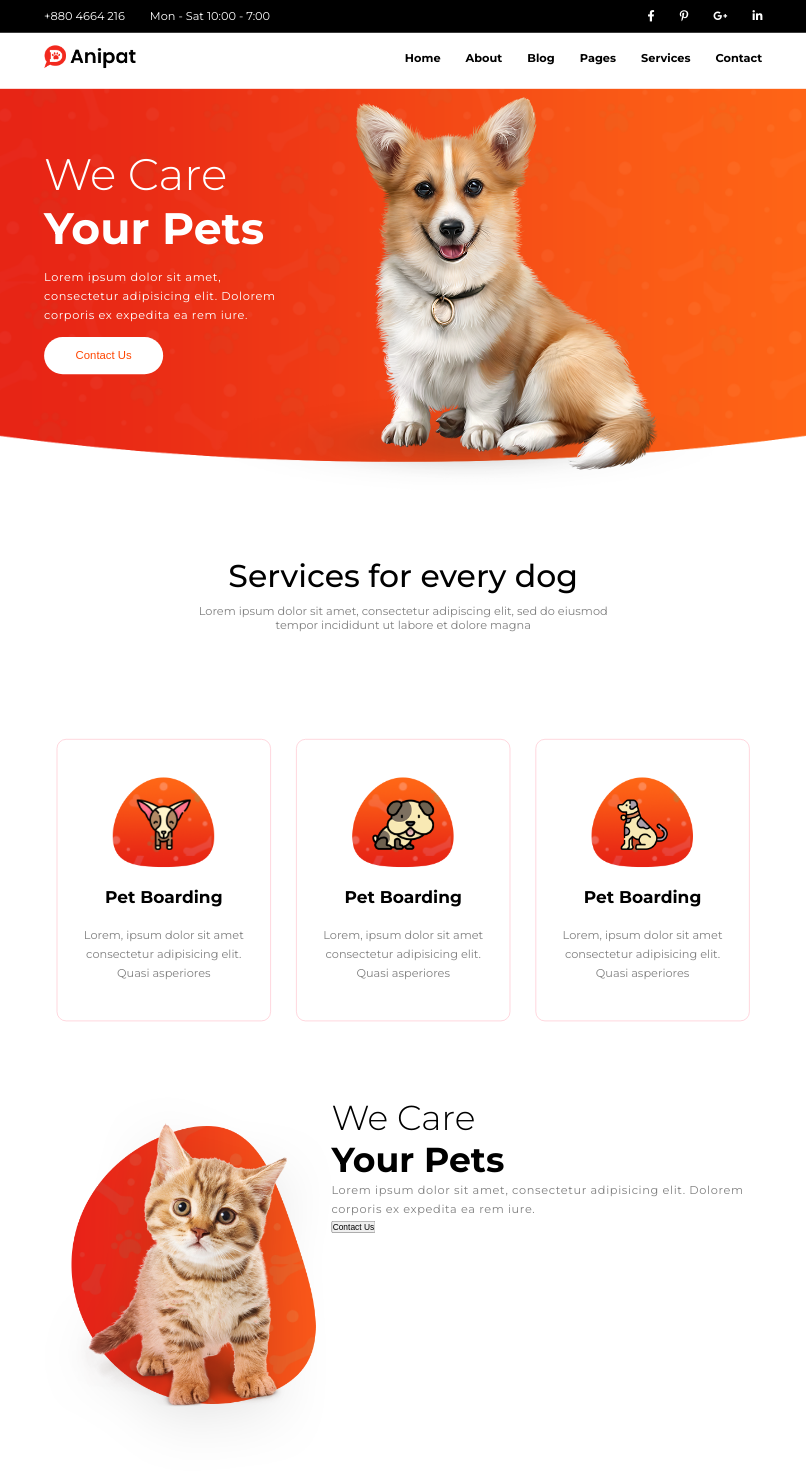
Repository: giahuy405/Day_2_Anipat
Page: index.html
The author's editor kept a copy of each file at every save. The page is drawn from the files as they stood at one save, then again after the next save.
The browser window is 1280 px wide. The pictures show the whole page, at 63% of full size.

Above is the page before, as saved 2022-09-08 23:34:15.

### index.html
<!DOCTYPE html>
<html lang="en">
<head>
    <meta charset="UTF-8">
    <meta http-equiv="X-UA-Compatible" content="IE=edge">
    <meta name="viewport" content="width=device-width, initial-scale=1.0">
    <title>Anipat</title>
    <link rel="stylesheet" href="https://cdnjs.cloudflare.com/ajax/libs/font-awesome/6.2.0/css/all.min.css">
    <link href="https://fonts.googleapis.com/css2?family=Montserrat:wght@300;400;500;700&display=swap" rel="stylesheet">
    <link rel="stylesheet" href="./css/index.css">
</head>
<body>
    <header>
        <div class="header-top">
            <div class="container">
                <div class="header__contact">
                    <a href="#">+880 4664 216 </a>
                    <span>Mon - Sat 10:00 - 7:00</span>
                </div>
                <div class="header__social">
                    <ul>
                        <li><a href="#"><i class="fa-brands fa-facebook-f"></i></a></li>
                        <li><a href="#"><i class="fa-brands fa-pinterest-p"></i></a></li>
                        <li><a href="#"><i class="fa-brands fa-google-plus-g"></i></a></li>
                        <li><a href="#"><i class="fa-brands fa-linkedin-in"></i></a></li>
                    </ul>
                </div>
                <div class="clear"></div>
            </div>
        </div>
        <div class="header-bottom container">
            <img src="./img/logo.png" alt="Logo">
            <ul>
                <li><a href="#">Home</a></li>
                <li><a href="#">About</a></li>
                <li><a href="#">Blog</a></li>
                <li><a href="#">Pages</a></li>
                <li><a href="#">Services</a></li>
                <li><a href="#">Contact</a></li>
            </ul>
            <div class="clear"></div>
        </div>

    </header>
    <div class="carousel">
        <div class="container">
            <div class="carousel__content">
                <h1>We Care</h1>
                <h2>Your Pets</h2>
                <p>Lorem ipsum dolor sit amet, consectetur adipisicing elit. Dolorem corporis ex expedita ea rem iure.</p>
                <button>Contact Us</button>
            </div>
            <div class="carousel__dog">
                <img src="./img/dog.png" alt="Dog">
            </div>
            <div class="clear"></div>
        </div>
    </div>
    <div class="service">
        <div class="service-top">
            <h1>Services for every dog</h1>
            <p>Lorem ipsum dolor sit amet, consectetur adipiscing elit, sed do eiusmod tempor incididunt ut labore et dolore magna</p>
        </div>
        <div class="service-bottom container">
            <div class="service-card">
                <div class="service__item">
                    <div class="service__background">
                        <img src="./img/service_icon_1.png" alt="">
                    </div>
                    <h2>Pet Boarding</h2>
                    <p>Lorem, ipsum dolor sit amet consectetur adipisicing elit. Quasi asperiores</p>
                </div>
            </div>
            <div class="service-card">
                <div class="service__item">
                    <div class="service__background">
                        <img src="./img/service_icon_2.png" alt="">
                    </div>
                    <h2>Pet Boarding</h2>
                    <p>Lorem, ipsum dolor sit amet consectetur adipisicing elit. Quasi asperiores</p>
                </div>
            </div>
            <div class="service-card">
                <div class="service__item">
                    <div class="service__background">
                        <img src="./img/service_icon_3.png" alt="">
                    </div>
                    <h2>Pet Boarding</h2>
                    <p>Lorem, ipsum dolor sit amet consectetur adipisicing elit. Quasi asperiores</p>
                </div>
            </div>
            <div class="clear"></div>
        </div>
    </div>
    <div class="netcare container">
        <div class="netcare__cat">
            <img src="./img/pet_care.png" alt="pet care">
        </div>
        <div class="netcare__content">
                <h1>We Care</h1>
                <h2>Your Pets</h2>
                <p>Lorem ipsum dolor sit amet, consectetur adipisicing elit. Dolorem corporis ex expedita ea rem iure.</p>
                <button>Contact Us</button>
        </div>
        <div class="clear"></div>
    </div>
</body>
</html>

### css/index.css
*{
    padding: 0;
    margin: 0;
    box-sizing: border-box;
}
.clear{
    clear: both;
}
html{
    font-size: 18px;
    font-family: 'Montserrat', sans-serif;
}
.container{
    width: 1140px;
    margin: 0 auto;
}
.header__contact{
    float: left;
}
.header__social{
    float: right;
}
.header-top{
    background-color: black;
    padding: 15px;
}
.header__contact a{
     color: white;
     text-decoration: none;
     transition: all 0.2s;
}
.header__contact a:hover{
    color: red;
}
.header__contact span{
    color: white;
    margin-left: 35px;
}
.header__social ul,.header-bottom ul{
    list-style: none;
}
.header__social li,.header-bottom li{
    display: inline;
    margin-left: 35px;
}
.header__social i{
    color: white;
    transition: all 0.2s;
}
.header__social i:hover{
    color: red;
}
.header-bottom ul{
    float: right;
}
.header-bottom a{
    text-decoration: none;
    font-weight: bold;
    color: black;
    transition: all 0.2;
    line-height: 40px;
}
.header-bottom a:hover{
    color: red;
}
.header-bottom{
    padding: 20px 0;
}
.carousel{
    background-image: url(../img/banner.png);
    background-position: center bottom;
    background-repeat: no-repeat;
    background-size: 100%;
    height: 600px;
    position: relative;
    margin-bottom: 150px;
}
.carousel__content{
    float: left;
    width: 33%;
    padding-top: 100px;
}
.carousel__dog{
    float: left;
    width: 67%;
    position: absolute;
    top: -10px;
    left: 315px;
    padding: 30px;
}
.carousel__content h1{
    color: white;
    font-size: 70px;
    font-weight: 300;
}
.carousel__content h2{
    color: white;
    font-size: 70px;
    font-weight: 700;
}
.carousel__content p{
    color: white;
    line-height: 30px;
    letter-spacing: 1px;
    margin: 20px 0;
}
.carousel__content button{
    padding: 19px 50px;
    border-radius: 30px;
    border: none;
    font-size: 18px;
    background-color: white;
    color: orangered;
    cursor: pointer;
}
.carousel__content button:hover{
    background-color: orangered;
    color: white;
}
.carousel__dog img{
    width: 100%;

}
.service{
    text-align: center;
    margin-bottom: 100px;
}
.service-top h1{
    font-weight: 500;
    font-size: 50px;
    margin-bottom: 15px;
}
.service-top p{
    padding: 0 300px;
    color: grey;
}
.service-top{
    margin-bottom: 150px;
}
.service-card{
    float: left;
    width: 33.3333%;
}
.service__background{
    background-image: url(../img/service_icon_bg_1.png);
    width: 161px;
    height: 143px;
    background-position: center;
    margin: 0 auto;
}
.service__item{
    border: 1px solid pink;
    border-radius: 15px;
    padding: 60px 40px;
}
.service-card{
    padding: 20px;
}
.service__item img{
    padding-top: 35px;
}
.service__item h2{
    margin: 30px 0;
}
.service__item p{
    color: grey;
    line-height: 30px;
}
.netcare__cat{
    float: left;
    width: 40%;
}
.netcare__content{
    float: left;
    width: 60%;
}
.netcare__cat img{
    width: 100%;
}
.netcare__content h1{
    color: black;
    font-size: 55px;
    font-weight: 300;
}
.netcare__content h2{
    color: black;
    font-size: 55px;
    font-weight: 700;
}
.netcare__content p{
    color: grey;
    line-height: 30px;
    letter-spacing: 1px;
}

After the next save:
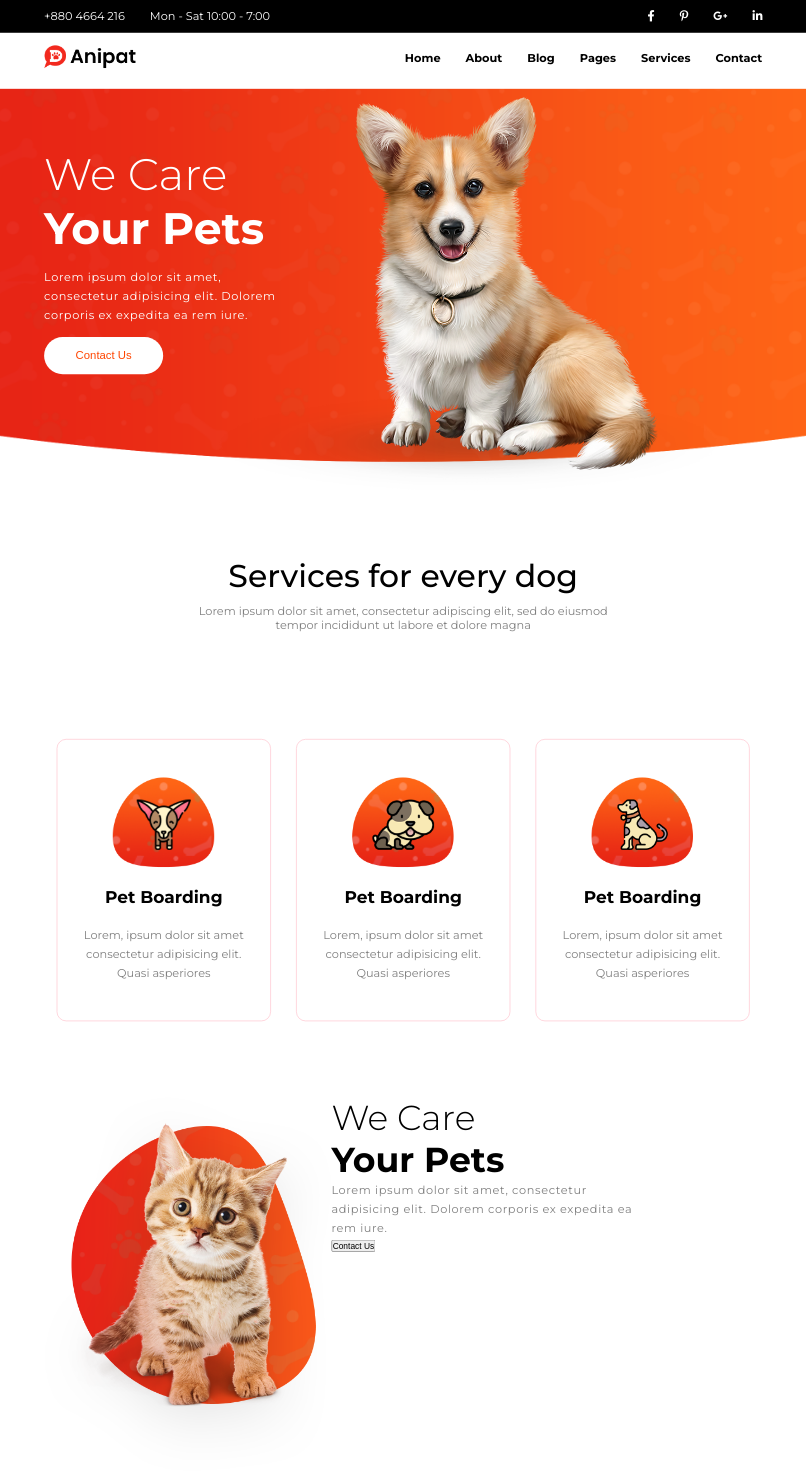
Saved 10 s later.
--- a/css/index.css
+++ b/css/index.css
@@ -173,6 +173,7 @@ html{
 .netcare__content{
     float: left;
     width: 60%;
+    padding-right: 200px;
 }
 .netcare__cat img{
     width: 100%;
